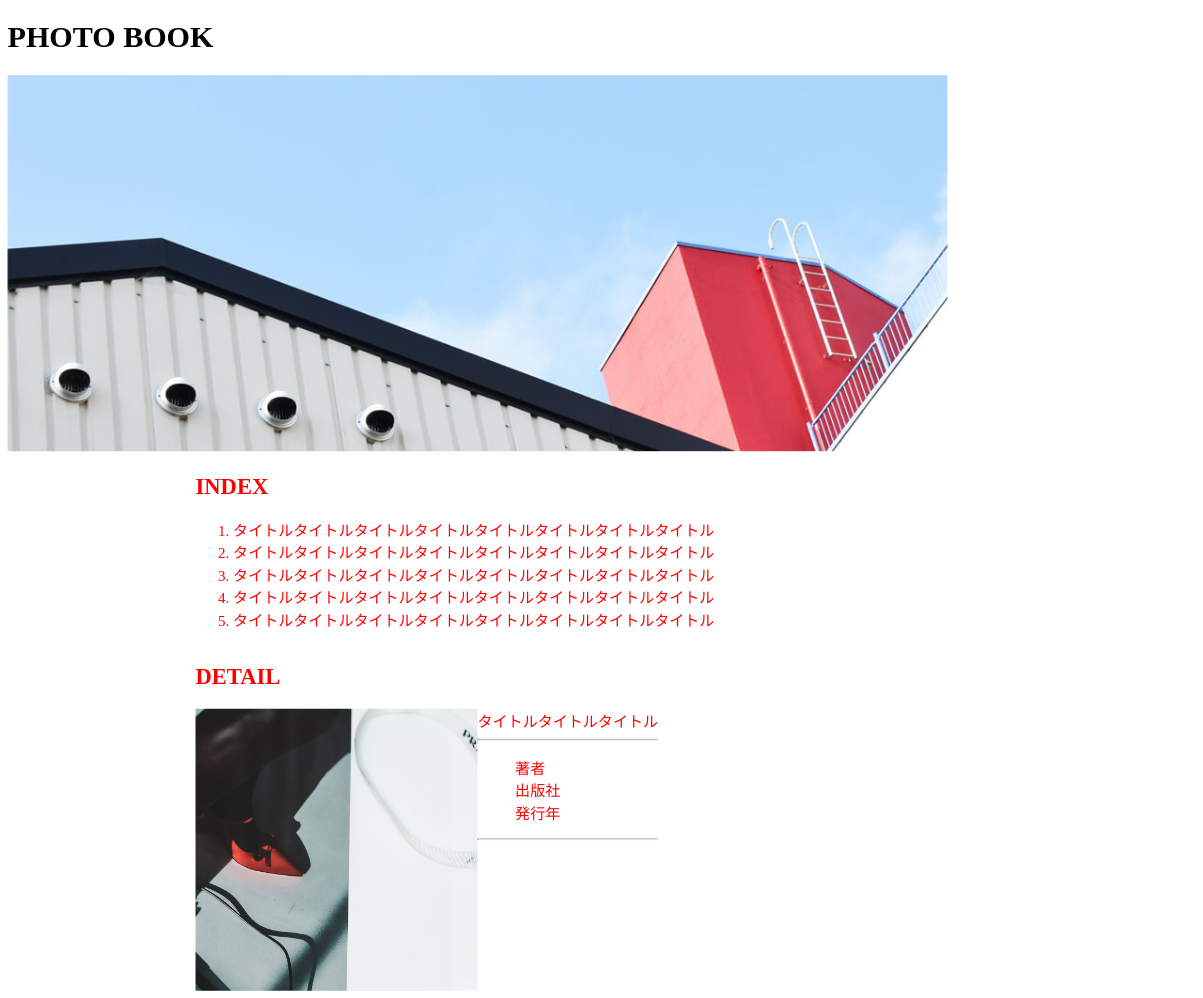
Repository: daytime/LP-study
Page: photo_book/index.html
These files come from the project's save history. The page is drawn as it stood at one moment and after the next save; the edit follows.
The browser window is 1280 px wide. The pictures show the whole page, at 94% of full size.

Above is the page before, as saved 2025-01-29 12:17:08.

### photo_book/index.html
<!DOCTYPE html>
<html lang="ja">
  <head>
    <meta charset="UTF-8" />
    <meta name="viewport" content="width=device-width, initial-scale=1.0" />
    <style>
      @import url(./style.css);
    </style>
    <title>PHOTO BOOK</title>
  </head>
  <body>
    <header>
      <h1>PHOTO BOOK</h1>
    </header>
    <img src="img/mainvisual.jpg" alt="ロゴ" />
    <aside>
      <section id="index">
        <div>
          <h2>INDEX</h2>
          <ol number="1">
            <li>
              タイトルタイトルタイトルタイトルタイトルタイトルタイトルタイトル
            </li>
            <li>
              タイトルタイトルタイトルタイトルタイトルタイトルタイトルタイトル
            </li>
            <li>
              タイトルタイトルタイトルタイトルタイトルタイトルタイトルタイトル
            </li>
            <li>
              タイトルタイトルタイトルタイトルタイトルタイトルタイトルタイトル
            </li>
            <li>
              タイトルタイトルタイトルタイトルタイトルタイトルタイトルタイトル
            </li>
          </ol>
        </div>
      </section>
      <section id="detail">
        <div>
          <h2>DETAIL</h2>
          <div>
            <div class="fully">
              <img class="img" src="img/detail.jpg" alt="絵" />
              <div>
                タイトルタイトルタイトル
                <hr />
                <dl>
                  <dt>
                    <dd>著者</dd>
                    <dd>出版社</dd>
                    <dd>発行年</dd>
                  </dt>
                </dl>
                <hr />
              </div>
            </div>
          </div>
        </div>
      </section>
    </aside>
  </body>
</html>

### photo_book/style.css
#index {
  color: red;
  margin-left: 200px;
  display: flex;
  flex-direction: column;
}

.h2 {
}

.img {
  width: 300px;
}

#detail {
  color: red;
  margin-left: 200px;
  display: flex;
  flex-direction: row;
}

.detail {
  display: flex;
  flex-direction: column;
}

.fully {
  display: flex;
  flex-direction: row;
}

After the next save:
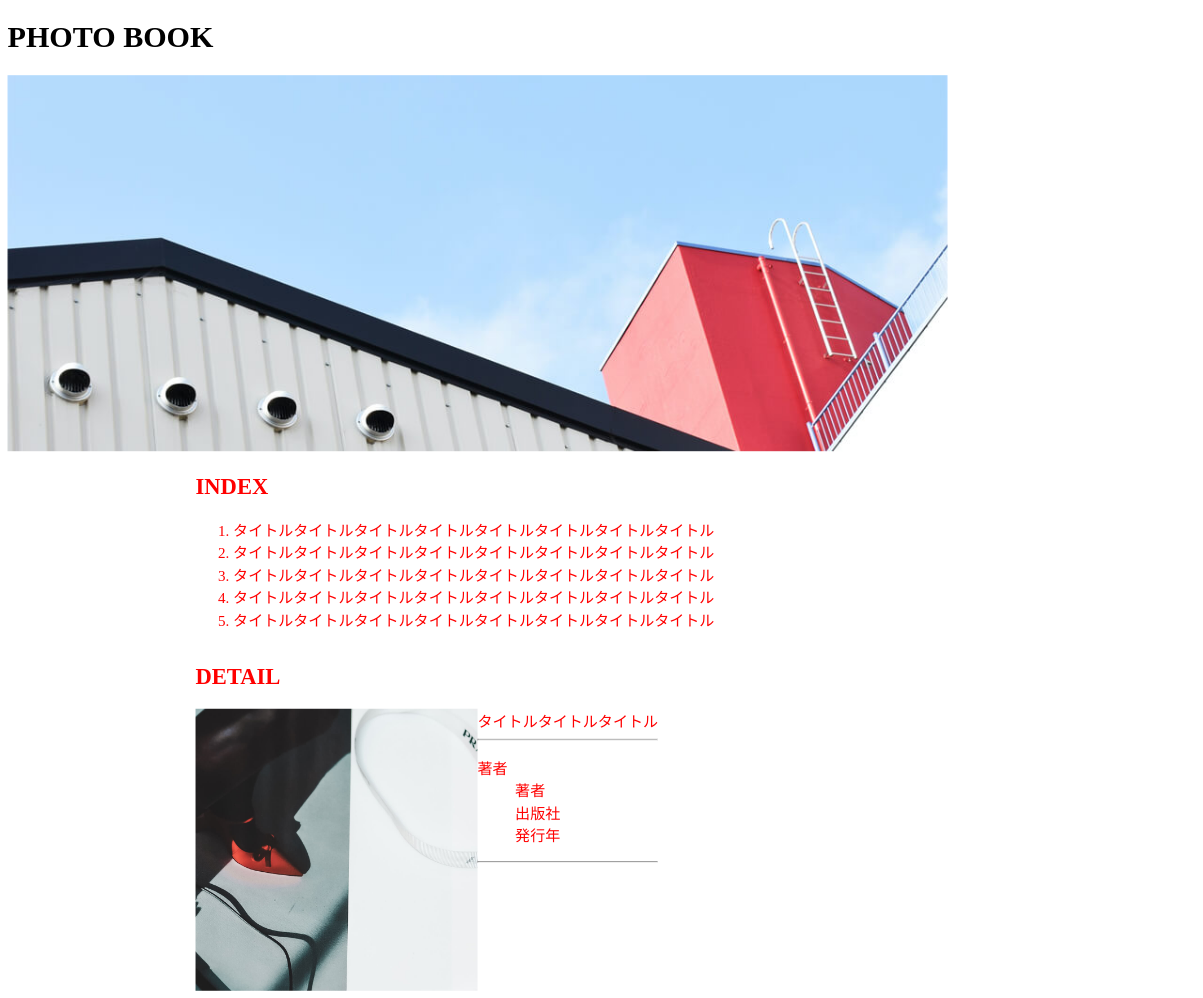
Saved 2 min 33 s later.
--- a/photo_book/index.html
+++ b/photo_book/index.html
@@ -46,8 +46,7 @@
                 タイトルタイトルタイトル
                 <hr />
                 <dl>
-                  <dt>
-                    <dd>著者</dd>
+                  <dt>著者</dt> <dd>著者</dd>
                     <dd>出版社</dd>
                     <dd>発行年</dd>
                   </dt>
